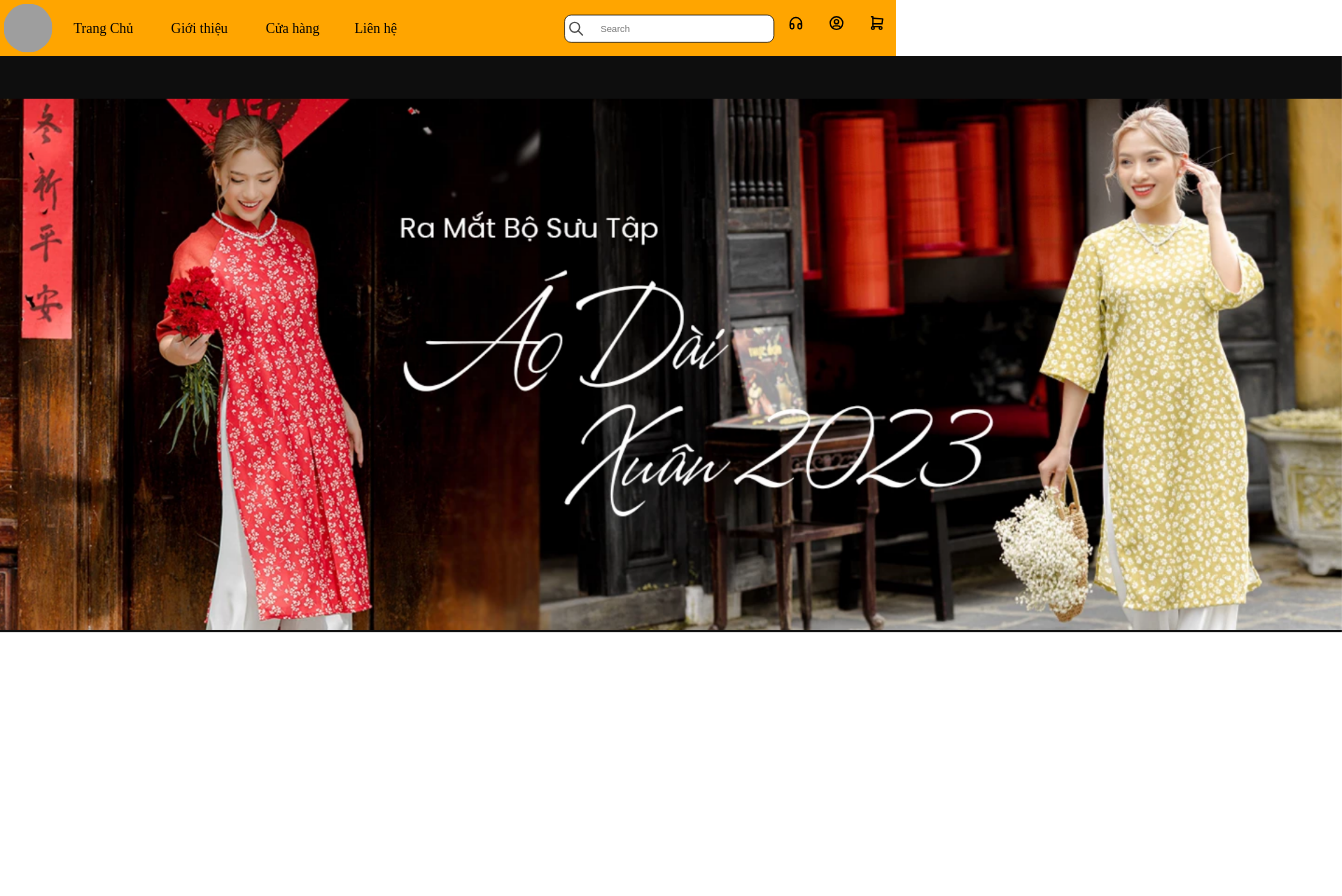
Repository: manhhieu120499/test-page
Page: index.html
An editor plug-in stored every save of this project. The page is shown before and after a run of saves, followed by the edit.
The browser window is 1280 px wide. The page is 1917 px wide, then 1396 px, so the pictures cover 1917 px, including what lies to the right of the window. The pictures show the part of the page from y = 0 to 1280 px (the page is 2596 px tall), at 70% of full size.
Pictures or frames that could not be fetched are drawn as grey boxes.

Above is the page before, as saved 2023-01-11 23:31:56.

### index.html
<!DOCTYPE html>
<html lang="en">

<head>
    <meta charset="UTF-8">
    <meta http-equiv="X-UA-Compatible" content="IE=edge">
    <meta name="viewport" content="width=device-width, initial-scale=1.0">
    <title>Document</title>
    <link rel="stylesheet" href="./style.css">
</head>

<body>
    <div id="header">
        <div class="left-sidebar">
            <img src="https://t3.ftcdn.net/jpg/03/02/36/70/360_F_302367092_vmqO9rSPmluZJFuOFFNzjGwimbChoIAZ.jpg"
                alt="logo-shop">
            <ul class="sub-menu">
                <li><a href="#">Trang Chủ</a></li>
                <li><a href="#">Giới thiệu</a></li>
                <li><a href="#">Cửa hàng</a< /li>
                <li><a href="#">Liên hệ</a></li>
            </ul>

        </div>

        <div class="right-sidebar">
            <input type="text" placeholder="           Search" />
            <a href="#" class="search">
                <svg xmlns="http://www.w3.org/2000/svg" class="icon icon-tabler icon-tabler-search" width="24" height="24" viewBox="0 0 24 24" stroke-width="2" stroke="currentColor" fill="none" stroke-linecap="round" stroke-linejoin="round">
                    <path stroke="none" d="M0 0h24v24H0z" fill="none"></path>
                    <circle cx="10" cy="10" r="7"></circle>
                    <line x1="21" y1="21" x2="15" y2="15"></line>
                 </svg>
            </a>
            <a href="#" class="telesale">
                <svg xmlns="http://www.w3.org/2000/svg" class="icon icon-tabler icon-tabler-headphones" width="24"
                    height="24" viewBox="0 0 24 24" stroke-width="2" stroke="currentColor" fill="none"
                    stroke-linecap="round" stroke-linejoin="round">
                    <path stroke="none" d="M0 0h24v24H0z" fill="none"></path>
                    <rect x="4" y="13" rx="2" width="5" height="7"></rect>
                    <rect x="15" y="13" rx="2" width="5" height="7"></rect>
                    <path d="M4 15v-3a8 8 0 0 1 16 0v3"></path>
                </svg>
            </a>
            <a href="#" class="person">
                <svg xmlns="http://www.w3.org/2000/svg" class="icon icon-tabler icon-tabler-user-circle" width="24"
                    height="24" viewBox="0 0 24 24" stroke-width="2" stroke="currentColor" fill="none"
                    stroke-linecap="round" stroke-linejoin="round">
                    <path stroke="none" d="M0 0h24v24H0z" fill="none"></path>
                    <circle cx="12" cy="12" r="9"></circle>
                    <circle cx="12" cy="10" r="3"></circle>
                    <path d="M6.168 18.849a4 4 0 0 1 3.832 -2.849h4a4 4 0 0 1 3.834 2.855"></path>
                </svg>
            </a>
            <a href="#" class="shopping-cart">
                <svg xmlns="http://www.w3.org/2000/svg" class="icon icon-tabler icon-tabler-shopping-cart" width="24"
                    height="24" viewBox="0 0 24 24" stroke-width="2" stroke="currentColor" fill="none"
                    stroke-linecap="round" stroke-linejoin="round">
                    <path stroke="none" d="M0 0h24v24H0z" fill="none"></path>
                    <circle cx="6" cy="19" r="2"></circle>
                    <circle cx="17" cy="19" r="2"></circle>
                    <path d="M17 17h-11v-14h-2"></path>
                    <path d="M6 5l14 1l-1 7h-13"></path>
                </svg>
            </a>
        </div>
    </div>

    <div class="body">
        <div class="shop-picture">
            <img src="./logo-tet.png" alt="picture">
        </div>
    </div>

    <div id="footer">

    </div>
</body>

</html>

### style.css
* {
    margin: 0;
    padding: 0;
    box-sizing: border-box;
}

#header {
    width: 100vw;
    height: 80px;
    background-color: orange;
    display: flex;
    justify-content: space-between;
}

.left-sidebar {
    display: flex;
}

.left-sidebar img {
    width: 70px;
    height: 70px;
    border-radius: 50%;
    margin: 5px;
}

.sub-menu li {
   list-style: none;
   display: inline-block;
   line-height: 80px;
   padding: 0px 25px;
}

.sub-menu li a {
    text-decoration: none;
    color: black;
    font-size: 20px;
}

.right-sidebar a {
    display: inline-block;
    line-height: 80px;
    padding: 0 15px;
    color: black;
}

input {
    padding: 10px 10px;
    width: 300px;
    height: 40px;
    border: 1px solid black;
    border-radius: 10px;
    position: relative;
}

.search {
    position: absolute;
    right: 430px;
    top: 8px;
    opacity: 0.7;
}

body {
    height: 2596px;
    width: 100vw;
}

.shop-picture img {
    display: inline;
}

After the next 7 saves:
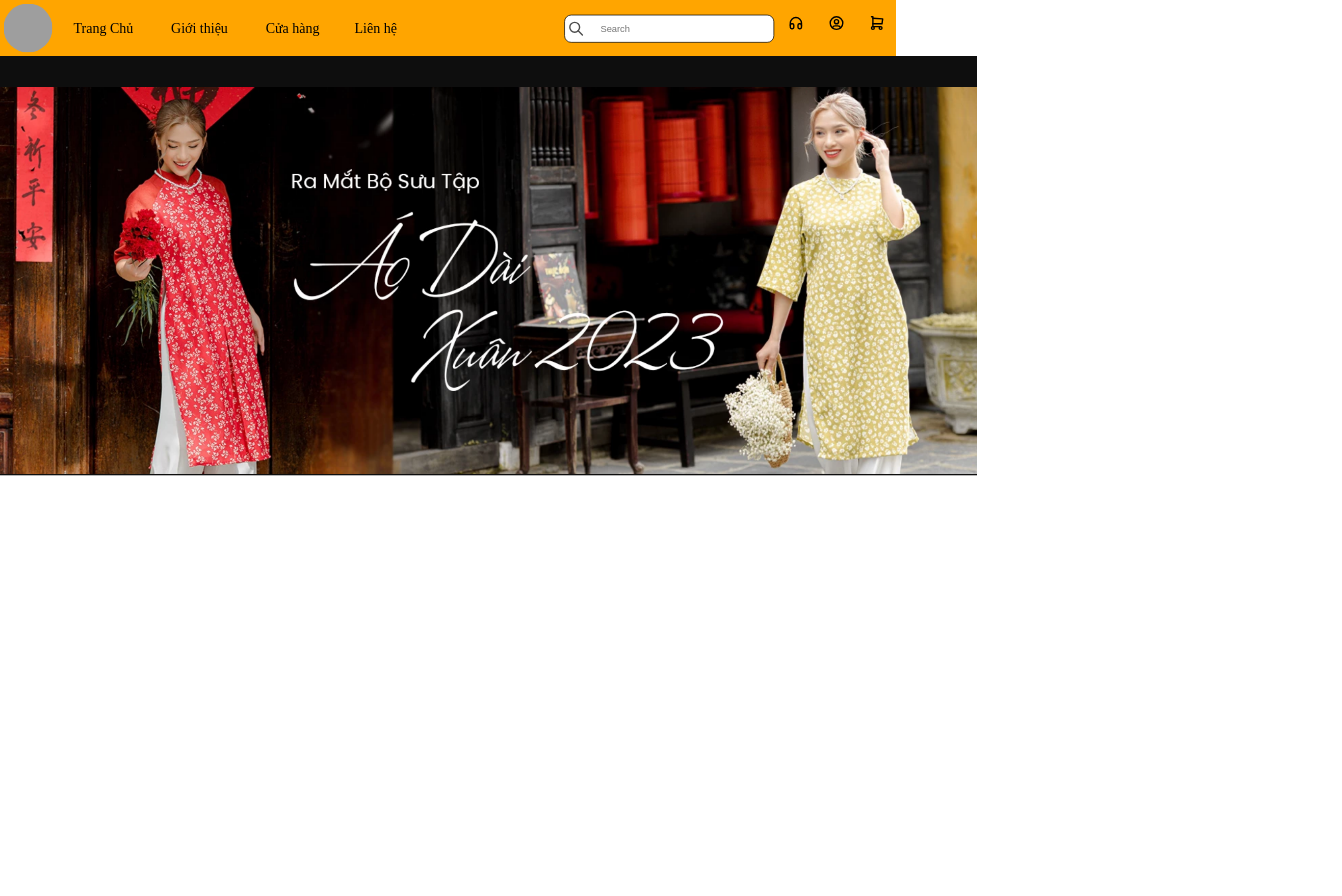
The 7 saves are shown as one change because they came seconds apart.
The last was saved 24 s later.
--- a/style.css
+++ b/style.css
@@ -65,5 +65,7 @@ body {
 }
 
 .shop-picture img {
-    display: inline;
+    display: block;
+    width: 1396px;
+    height: 54;
 }
